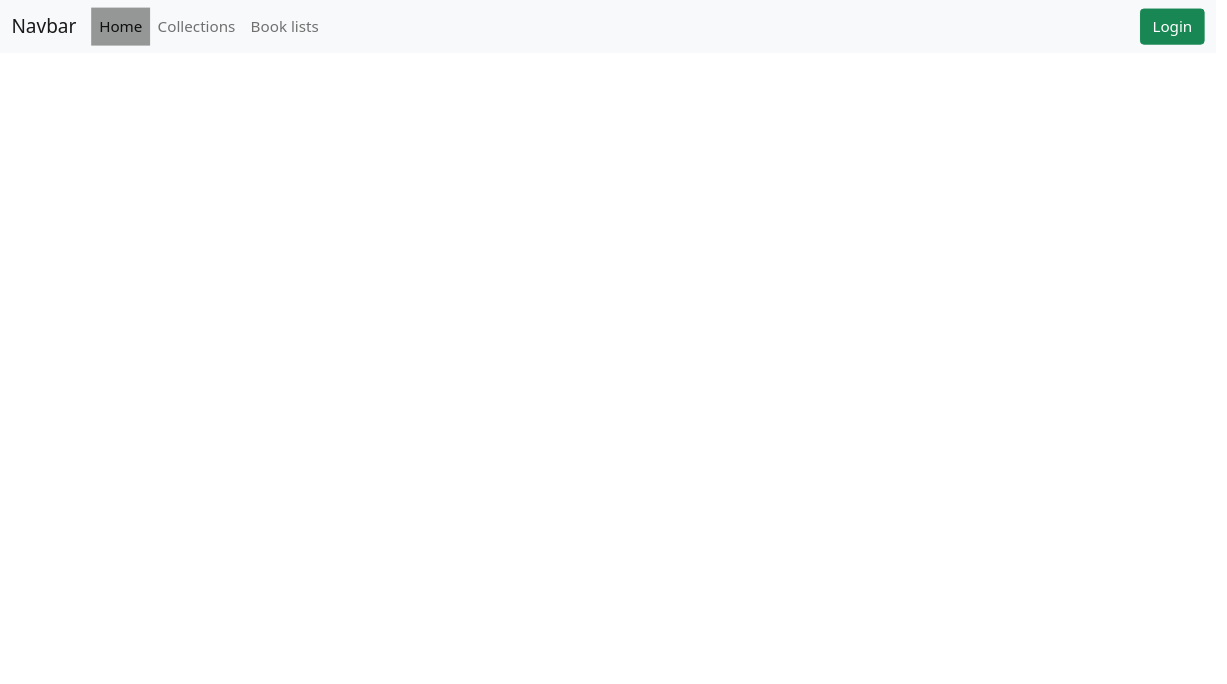
Repository: humanrizki/app-perpus-laravel-8
Page: http://localhost/home
An editor plug-in stored every save of this project. The page is shown before and after the next save, followed by the edit.
The browser window is 1280 px wide. The page is 1280 px wide, then 1292 px, so the pictures cover 1292 px, including what lies to the right of the window. The pictures show the whole page, at 95% of full size.
Some web libraries are served in a nearby version. The page is served by the project's Laravel application, run on PHP 8.4 with Laravel 8. Other server files are loaded and not shown.

Above is the page before, as saved 2021-11-25 11:42:54.

### routes/web.php
<?php

use App\Http\Controllers\CollectionController;
use Illuminate\Support\Facades\Route;

/*
|--------------------------------------------------------------------------
| Web Routes
|--------------------------------------------------------------------------
|
| Here is where you can register web routes for your application. These
| routes are loaded by the RouteServiceProvider within a group which
| contains the "web" middleware group. Now create something great!
|
*/

Route::get('/', function () {
    return view('welcome');
});

Auth::routes();

Route::get('/home', [App\Http\Controllers\HomeController::class, 'index'])->name('home');
Route::get('/collections',[CollectionController::class,'index'])->name('collections');
Route::get('/collections/{collection:slug}',[CollectionController::class,'show']);

### app/Http/Controllers/HomeController.php
<?php

namespace App\Http\Controllers;

use Illuminate\Http\Request;

class HomeController extends Controller
{
    /**
     * Create a new controller instance.
     *
     * @return void
     */
    public function __construct()
    {
        $this->middleware('guest');
    }

    /**
     * Show the application dashboard.
     *
     * @return \Illuminate\Contracts\Support\Renderable
     */
    public function index()
    {
        return view('HomeTemplate',[
            'title'=>'home page'
        ]);
    }
}

### resources/views/homeTemplate.blade.php
@extends('layouts.capp')
@section('content')
    <div class="container-fluid">

    </div>
@endsection

### resources/views/layouts/capp.blade.php
<!doctype html>
<html lang="en">
  <head>
    <meta charset="utf-8" />
    <meta http-equiv="X-UA-Compatible" content="IE=edge,chrome=1" />
    <meta content='width=device-width, initial-scale=1.0, maximum-scale=1.0, user-scalable=0, shrink-to-fit=no' name='viewport' />
    <title>{{ $title }}</title>

    <!--     Fonts and icons     -->
    <link href="https://fonts.googleapis.com/css?family=Montserrat:400,700,200" rel="stylesheet" />
    <link href="https://use.fontawesome.com/releases/v5.0.6/css/all.css" rel="stylesheet">

    <link href="https://cdn.jsdelivr.net/npm/bootstrap@5.0.2/dist/css/bootstrap.min.css" rel="stylesheet" integrity="sha384-EVSTQN3/azprG1Anm3QDgpJLIm9Nao0Yz1ztcQTwFspd3yD65VohhpuuCOmLASjC" crossorigin="anonymous">
    <link rel="stylesheet" href="css/ul.css">
  </head>
  <body>
    @include('partials.header')
    @yield('content')

    <!--   Core JS Files   -->
    <script src="https://cdn.jsdelivr.net/npm/bootstrap@5.0.2/dist/js/bootstrap.bundle.min.js" integrity="sha384-MrcW6ZMFYlzcLA8Nl+NtUVF0sA7MsXsP1UyJoMp4YLEuNSfAP+JcXn/tWtIaxVXM" crossorigin="anonymous"></script>
  </body>
</html>

### resources/views/partials/header.blade.php

<nav class="navbar navbar-expand-lg navbar-light bg-light">
    <div class="container-fluid">
      <a class="navbar-brand" href="#">Navbar</a>
      <button class="navbar-toggler" type="button" data-bs-toggle="collapse" data-bs-target="#navbarSupportedContent" aria-controls="navbarSupportedContent" aria-expanded="false" aria-label="Toggle navigation">
        <span class="navbar-toggler-icon"></span>
      </button>
      <div class="collapse navbar-collapse" id="navbarSupportedContent">
        <ul class="navbar-nav me-auto mb-2 mb-lg-0">
          <li class="nav-item">
            <a class="nav-link {{ (request()->is('home')) ? 'active':'';}}" aria-current="page" href="/home">Home</a>
          </li>
          <li class="nav-item ">
            <a class="nav-link {{ (request()->is('collections*')) ? 'active':'';}}" href="/collections">Collections</a>
          </li>
          <li class="nav-item">
            <a class="nav-link {{ (request()->is('lists')) ? 'active':'';}}" href="/lists">Book lists</a>
          </li>
        </ul>
        <div class="container-login">
            <a href="/login" class="btn btn-success">Login</a>
        </div>
      </div>
    </div>
  </nav>

### public/css/ul.css
.nav-link.active{
    background-color: rgba(0, 0, 0, 0.4);
}

Loaded but not shown: app/Providers/AppServiceProvider.php (common file); app/Http/Controllers/Auth/ConfirmPasswordController.php (common file); app/Http/Controllers/Controller.php (common file)

After the next save:
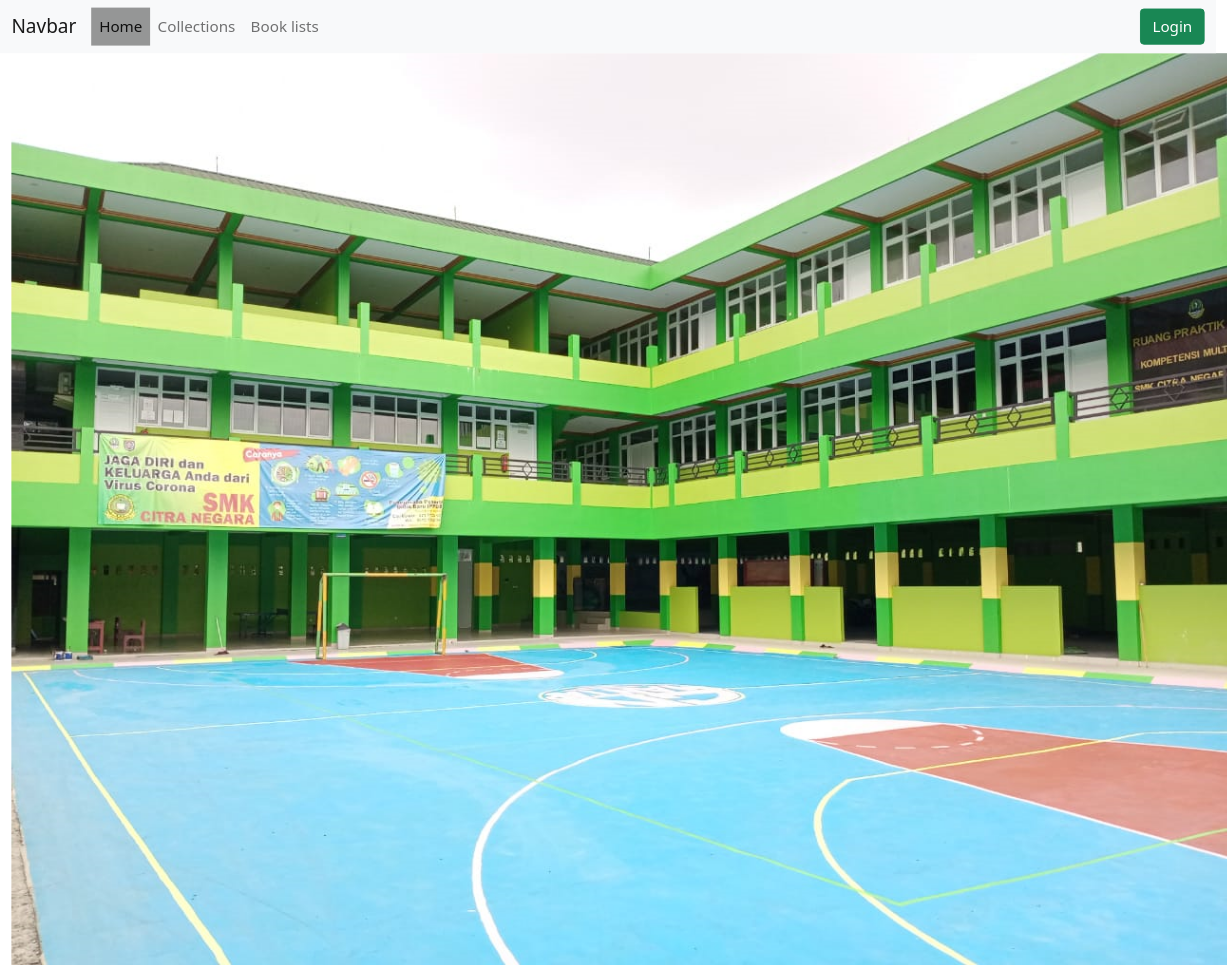
Saved 22 s later.
--- a/resources/views/homeTemplate.blade.php
+++ b/resources/views/homeTemplate.blade.php
@@ -1,6 +1,6 @@
 @extends('layouts.capp')
 @section('content')
     <div class="container-fluid">
-
+        <img src="img/cn.png" alt="">
     </div>
 @endsection
